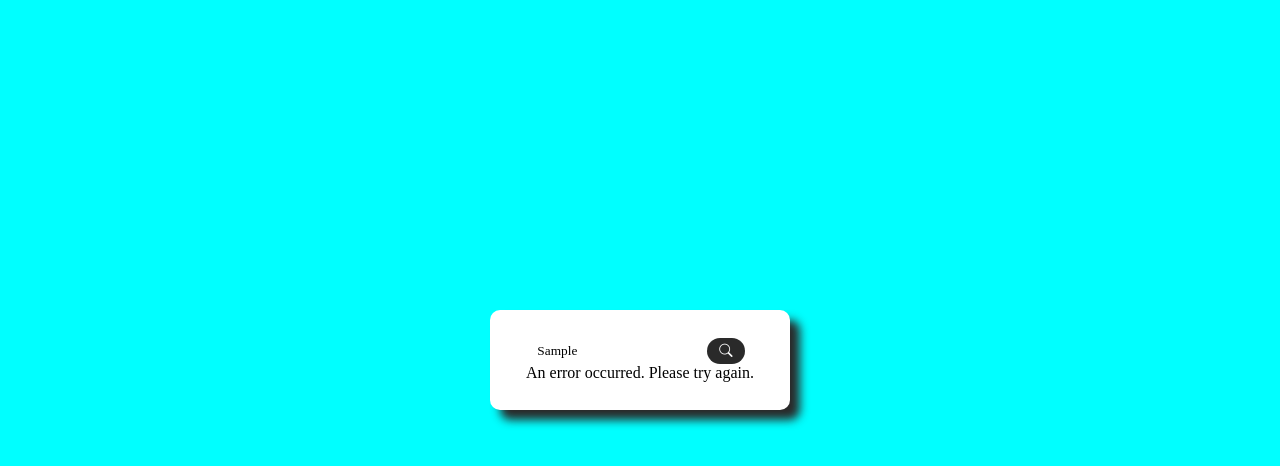
Repository: CrissRT/weather
Page: index.html
The author's editor kept a copy of each file at every save. The page is drawn from the files as they stood at one save, then again after a run of saves.
The browser window is 1280 px wide. The pictures show the whole page.
Empty fields were first filled with sample values (such as "Sample", 5 or name@example.com).
After loading, the first visible `form.search-bar` was submitted once.
The page's requests for data from a server got no answer. Some web fonts or font styles are not loaded; a fallback is used.

Above is the page before, as saved 2024-06-30 18:24:03.

After the next 2 saves:
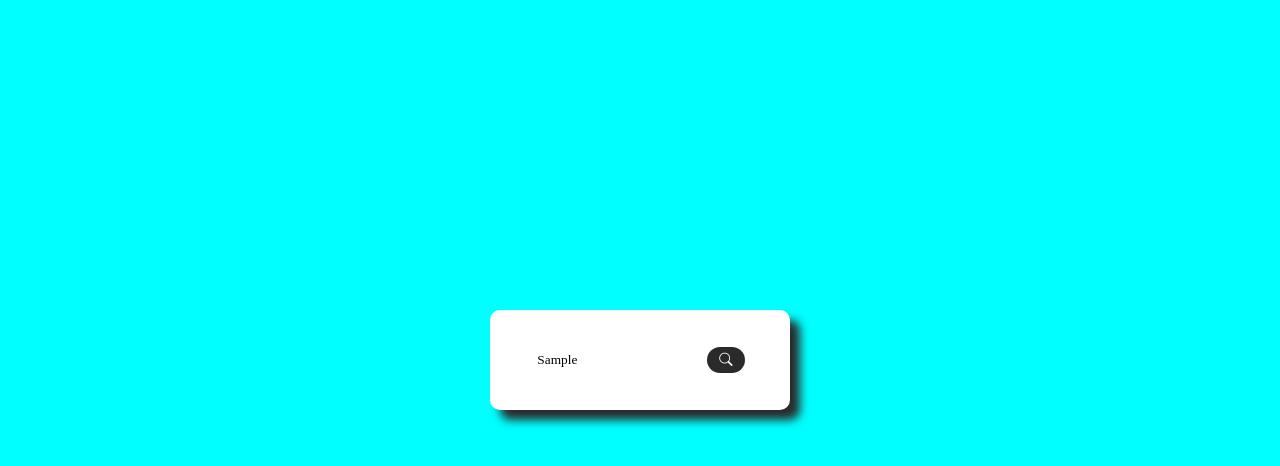
The 2 saves are shown as one change because they came seconds apart.
The last was saved 25 s later.
--- a/scripts.js
+++ b/scripts.js
@@ -20,23 +20,23 @@ document.addEventListener("DOMContentLoaded", function() {
         const fetch_link = `https://nominatim.openstreetmap.org/search?q=${location}&format=json`;
 
         const search_output = document.getElementById("output")
-        fetch(fetch_link)
-            .then(response => response.json())
-            .then(data => {
-                coordinates = (data.length !== 0)
-                    ? data.slice(0,4)
-                        .map(location =>({lat: location.lat, lon: location.lon, name: location.display_name}))
-                    : null;
 
-                search_output.innerHTML = coordinates.map(location => location.name).join("<br>");
-            })
-            .catch(error => {
-                search_output.textContent = "An error occurred. Please try again.";
-                console.error('Error:', error);
-            });
     }
 
     function geolocation(link) {
+        fetch(fetch_link)
+        .then(response => response.json())
+        .then(data => {
+            coordinates = (data.length !== 0)
+                ? data.slice(0,4)
+                    .map(location =>({lat: location.lat, lon: location.lon, name: location.display_name}))
+                : null;
 
+            search_output.innerHTML = coordinates.map(location => location.name).join("<br>");
+        })
+        .catch(error => {
+            search_output.textContent = "An error occurred. Please try again.";
+            console.error('Error:', error);
+        });
     }
 });
